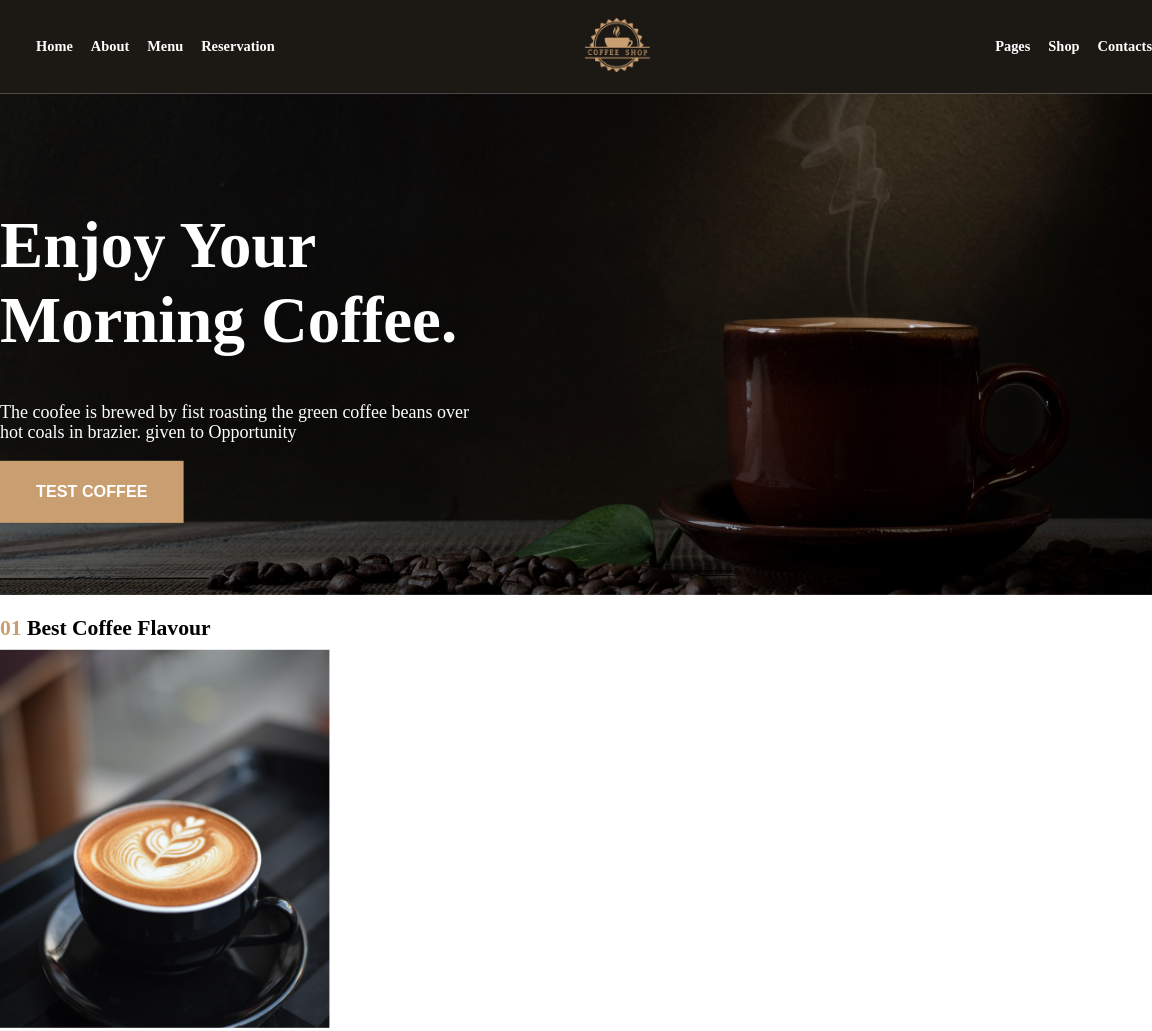
Repository: SitoraRashidova/CoffeShop_Figma
Page: /
These files come from the project's save history. The page is drawn as it stood at one moment and after the next save; the edit follows.
The browser window is 1280 px wide. The pictures show the whole page, at 90% of full size.
The project was rebuilt for these pictures with package versions that can differ from the ones it lists, and the page was loaded fresh each time. Also part of the build but not shown: vite.config.js.

Above is the page before, as saved 2024-11-24 23:38:02.

After the next save:
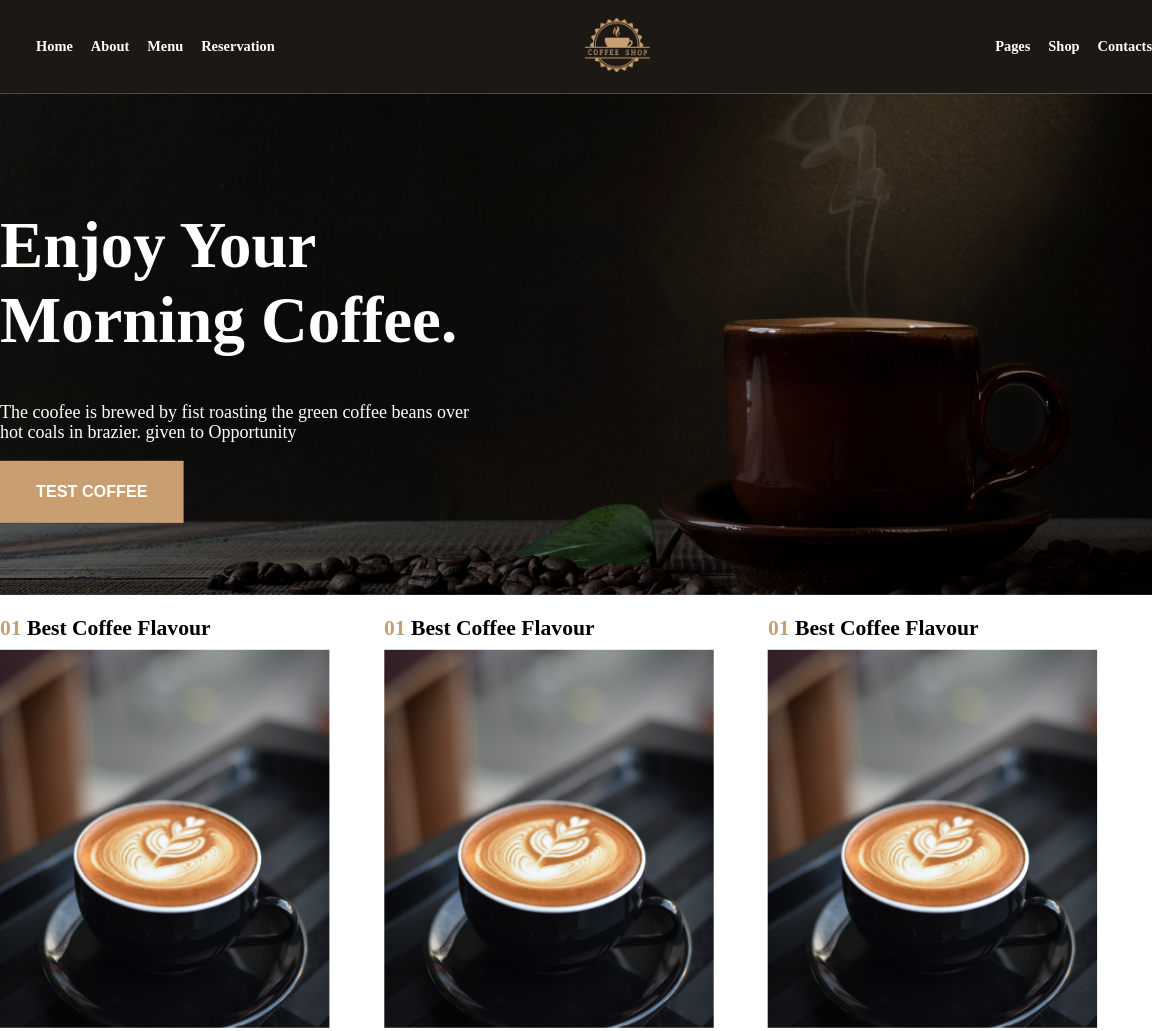
Saved 32 s later.
--- a/src/components/type-coffee.jsx
+++ b/src/components/type-coffee.jsx
@@ -9,6 +9,14 @@ const TypeCofee = () => {
                 <h3 className='type-coffee__title'><b className=''>01</b> Best Coffee Flavour</h3>
                 <img className='type-coffee_image' src={CoffeeImage} alt="Best Coffee Flavour" />
             </div>
+            <div>
+                <h3 className='type-coffee__title'><b className=''>01</b> Best Coffee Flavour</h3>
+                <img className='type-coffee_image' src={CoffeeImage} alt="Best Coffee Flavour" />
+            </div>
+            <div>
+                <h3 className='type-coffee__title'><b className=''>01</b> Best Coffee Flavour</h3>
+                <img className='type-coffee_image' src={CoffeeImage} alt="Best Coffee Flavour" />
+            </div>
         </div>
     </div>
   )
